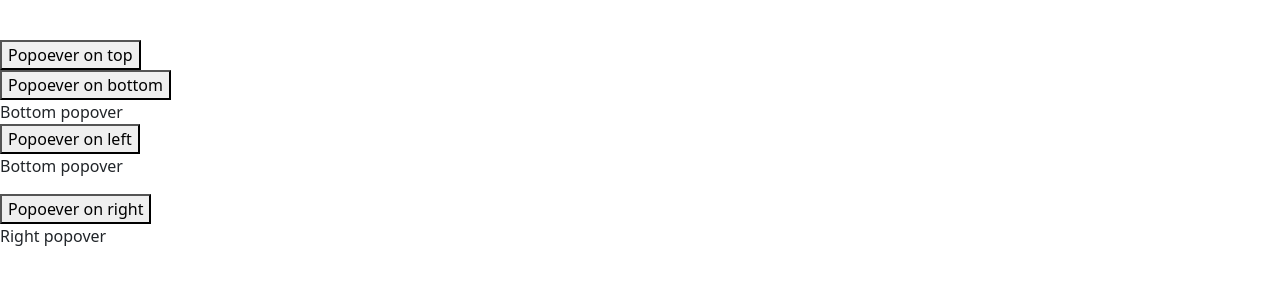
Repository: 1509Long/1509long.github.io
Page: exam.html
An editor plug-in stored every save of this project. The page is shown before and after the next save, followed by the edit.
The browser window is 1280 px wide. The pictures show the whole page.
After loading, the first visible `#button` was clicked once.

Above is the page before, as saved 2022-05-24 20:28:34.

After the next save:
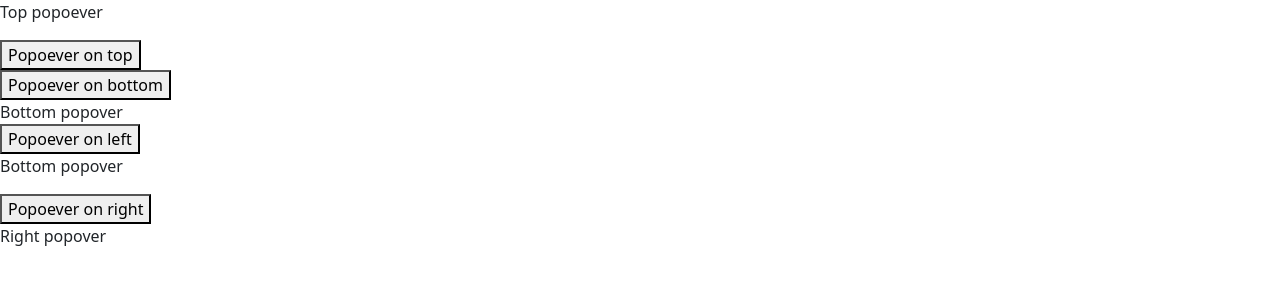
Saved 8 s later.
--- a/exam.html
+++ b/exam.html
@@ -61,7 +61,7 @@
       function boxA () {
         let click = document.getElementById("top");
         console.log(click);
-        click.classList.toggle("toggle");
+        click.classList.toggle("toggle-top");
       }
 
       function boxB () {
